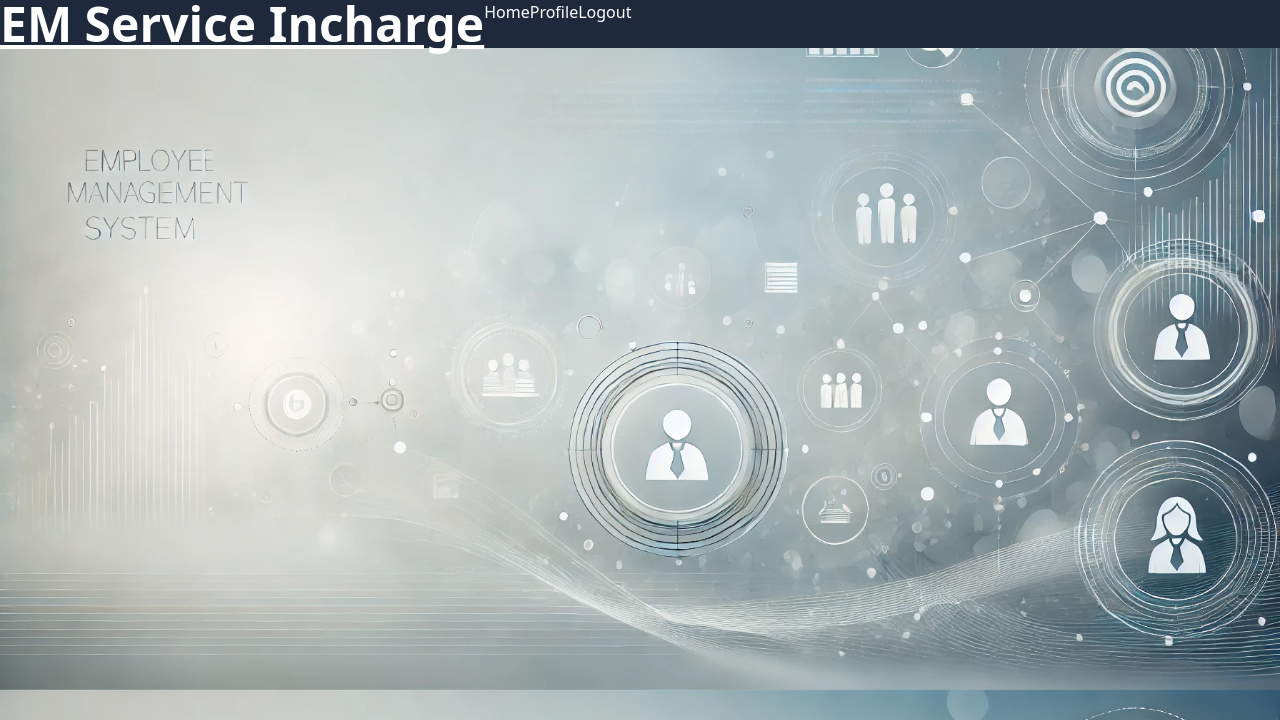
Repository: Vaibhav979/EmployeeManagement-Spring
Page: / (app in em-project-view/)
An editor plug-in stored every save of this project. The page is shown before and after the next save, followed by the edit.
The browser window is 1280 px wide. The pictures show the whole page.
The project was rebuilt for these pictures with package versions that can differ from the ones it lists, and the page was loaded fresh each time. Also part of the build but not shown: em-project-view/vite.config.js.

Above is the page before, as saved 2025-01-02 22:33:26.

After the next save:
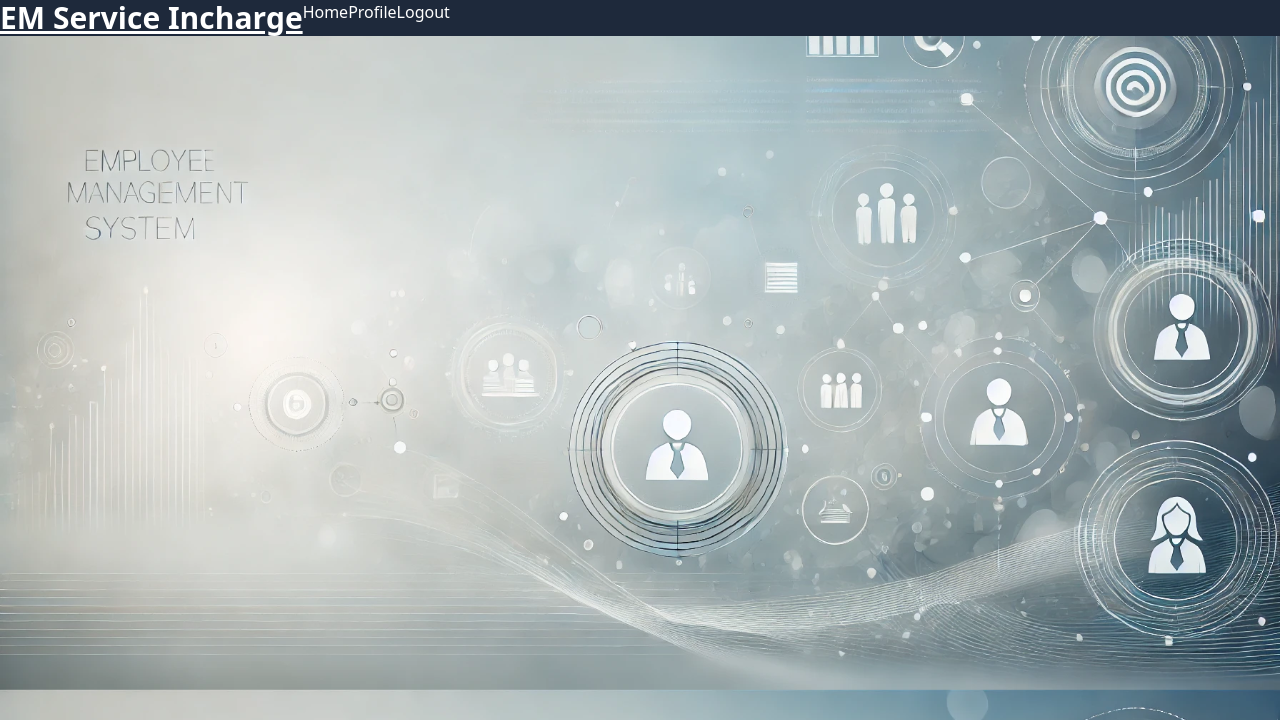
Saved 15 s later.
--- a/em-project-view/src/App.jsx
+++ b/em-project-view/src/App.jsx
@@ -4,7 +4,7 @@ import "./App.css";
 function App() {
   return (
     <div className="bg-slate-800 flex">
-      <h1 className="text-5xl font-bold underline">EM Service Incharge</h1>
+      <h1 className="text-3xl font-bold underline">EM Service Incharge</h1>
       <a href="/"> Home </a>
       <a href="/"> Profile </a>
       <a href="/"> Logout</a>
